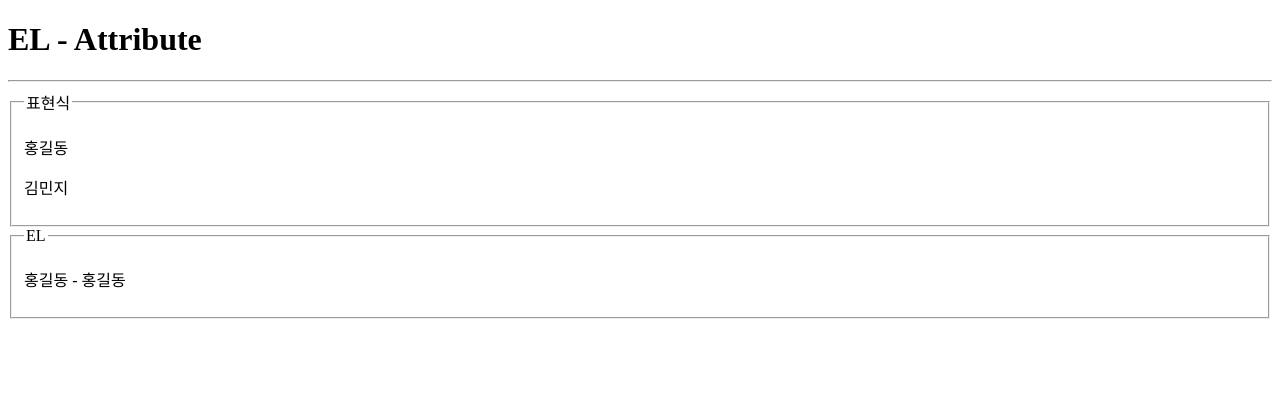
Repository: ChimmyWorld/JSP
Page: http://localhost/Day53/ex02.jsp
The author's editor kept a copy of each file at every save. The page is drawn from the files as they stood at one save, then again after the next save.
The browser window is 1280 px wide. The pictures show the whole page.
The page is served by Tomcat 9.

Above is the page before, as saved 2023-09-22 01:49:05.

### Day53/WebContent/ex02.jsp
<%@page import="beans.Person"%>
<%@ page language="java" contentType="text/html; charset=UTF-8"
    pageEncoding="UTF-8"%>
<!DOCTYPE html>
<html>
<head>
<meta charset="UTF-8">
<title>ex02.jsp</title>
</head>
<body>
	<%
		Person hong = new Person("홍길동");
		Person kim = new Person("김민지");

		pageContext.setAttribute("p1", hong);
		request.setAttribute("p2", kim);
	%>

	<h1>EL - Attribute</h1>
	<hr>

	<fieldset>
		<legend>표현식</legend>

		<p><%=((Person)pageContext.getAttribute("p1")).getName() %></p>
		<p><%=((Person)request.getAttribute("p2")).getName() %></p>
	</fieldset>

	<fieldset>
		<legend>EL</legend>

		<p>${p1.getName() } - ${p1.name}</p>

	</fieldset>


</body>
</html>

### Day53/src/beans/Person.java
package beans;

public class Person {
	private String name;

	public Person(String name) {
		this.name = name;
	}

	public String getName() {
		return name;
	}
}

After the next save:
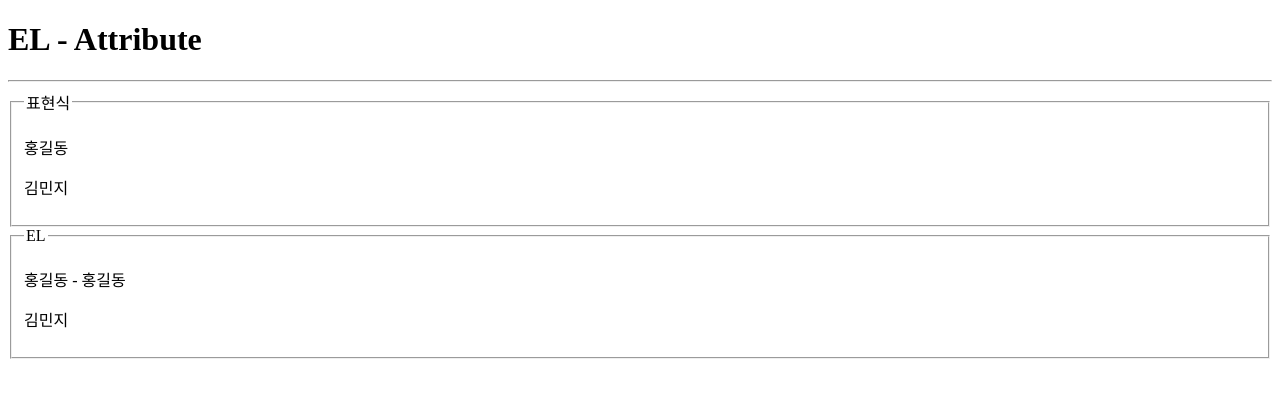
Saved 9 s later.
--- a/Day53/WebContent/ex02.jsp
+++ b/Day53/WebContent/ex02.jsp
@@ -30,7 +30,7 @@
 		<legend>EL</legend>
 
 		<p>${p1.getName() } - ${p1.name}</p>
-
+		<p>${p2.name }
 	</fieldset>
 
 
